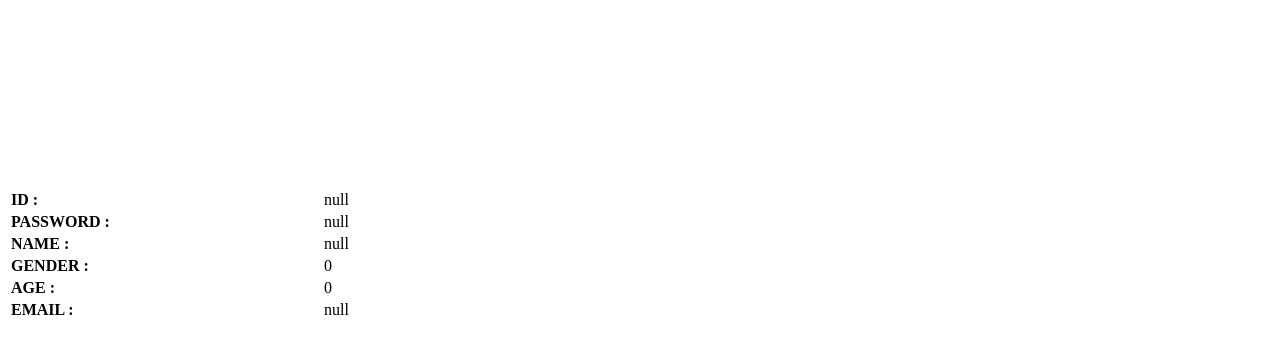
Repository: MaSHwan/JSP_Study
Page: http://localhost/ServletProject/template/joinCheck.jsp
The author's editor kept a copy of each file at every save. The page is drawn from the files as they stood at one save, then again after the next save.
The browser window is 1280 px wide. The pictures show the whole page.
The page is served by Tomcat 9. Other server files are loaded and not shown.

Above is the page before, as saved 2022-08-08 05:34:22.

### ServletProject/src/main/webapp/template/joinCheck.jsp
<%@ page language="java" contentType="text/html; charset=UTF-8"
    pageEncoding="UTF-8"%>
    <% request.setCharacterEncoding("utf-8"); %>
    <jsp:useBean id="join" class="com.join.JoinBean"/>
    <jsp:setProperty property="*" name="join"/>
<!DOCTYPE html>
<html>
<head>
<meta charset="UTF-8">
<title>회원가입 입력 정보 확인</title>
<style type="text/css">
table{
	width: 400px;

}
h1{
	text-align: center;
}
</style>
</head>
<body>
	<table> <tr>
	 	<td><b>ID : </b></td>
	 	<td>
	 		<jsp:getProperty property="id" name="join"/>
	 	</td>
	 </tr><br><br>
	 <tr>
	 	<td><b>PASSWORD : </b></td>
	 	<td>
	 		<jsp:getProperty property="pass" name="join"/>
	 	</td>
	 </tr><br><br>
	 <tr>
	 	<td><b>NAME : </b></td>
	 	<td>
	 		<jsp:getProperty property="name" name="join"/>
	 	</td>
	 </tr><br><br>
	 <tr>
	 	<td><b>GENDER : </b></td>
	 	<td>
	 		<jsp:getProperty property="gender" name="join"/>
	 	</td>
	 </tr><br><br>
	 <tr>
	 	<td><b>AGE : </b></td>
	 	<td>
	 		<jsp:getProperty property="age" name="join"/>
	 	</td>
	 </tr><br><br>
	 <tr>
	 	<td><b>EMAIL : </b></td>
	 	<td>
	 		<jsp:getProperty property="email" name="join"/>
	 	</td>
	 </tr>
	 </table>
</body>
</html>

### ServletProject/src/main/java/com/join/JoinBean.java
package com.join;

public class JoinBean {

	private String id;
	private String pass;
	private String name;
	private int gender;
	private int age;
	private String email;

	public String getId() {
		return id;
	}
	public void setId(String id) {
		this.id = id;
	}
	public String getPass() {
		return pass;
	}
	public void setPass(String pass) {
		this.pass = pass;
	}
	public String getName() {
		return name;
	}
	public void setName(String name) {
		this.name = name;
	}
	public int getGender() {
		return gender;
	}
	public void setGender(int gender) {
		this.gender = gender;
	}
	public int getAge() {
		return age;
	}
	public void setAge(int age) {
		this.age = age;
	}
	public String getEmail() {
		return email;
	}
	public void setEmail(String email) {
		this.email = email;
	}


}

After the next save:
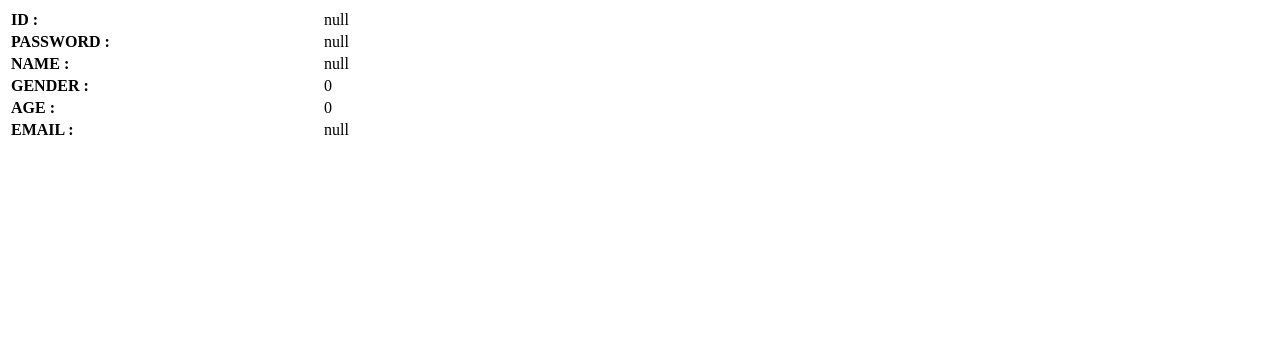
Saved 70 s later.
--- a/ServletProject/src/main/webapp/template/joinCheck.jsp
+++ b/ServletProject/src/main/webapp/template/joinCheck.jsp
@@ -24,31 +24,31 @@
 	 	<td>
 	 		<jsp:getProperty property="id" name="join"/>
 	 	</td>
-	 </tr><br><br>
+	 </tr>
 	 <tr>
 	 	<td><b>PASSWORD : </b></td>
 	 	<td>
 	 		<jsp:getProperty property="pass" name="join"/>
 	 	</td>
-	 </tr><br><br>
+	 </tr>
 	 <tr>
 	 	<td><b>NAME : </b></td>
 	 	<td>
 	 		<jsp:getProperty property="name" name="join"/>
 	 	</td>
-	 </tr><br><br>
+	 </tr>
 	 <tr>
 	 	<td><b>GENDER : </b></td>
 	 	<td>
 	 		<jsp:getProperty property="gender" name="join"/>
 	 	</td>
-	 </tr><br><br>
+	 </tr>
 	 <tr>
 	 	<td><b>AGE : </b></td>
 	 	<td>
 	 		<jsp:getProperty property="age" name="join"/>
 	 	</td>
-	 </tr><br><br>
+	 </tr>
 	 <tr>
 	 	<td><b>EMAIL : </b></td>
 	 	<td>
